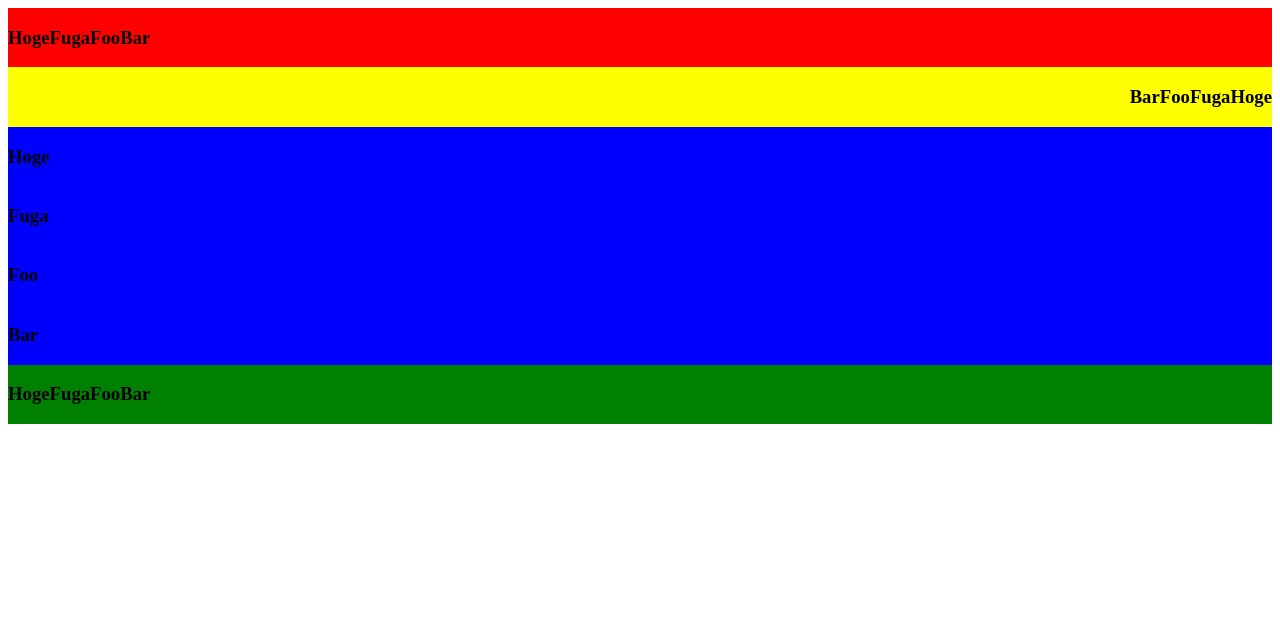
Repository: seikoseiko/samurai_HTML-CSS
Page: flexbox.html
The author's editor kept a record of every edit. The page is drawn from the files as they stood at one moment, then again after the next edit.
The browser window is 1280 px wide. The pictures show the whole page.

Above is the page before.

### flexbox.html
<html lang="ja">
    <head>
        <style>
            #sort {
                display: flex;
                flex-direction: row;
                background-color: red;
            }

            #reverse {
                display: flex;
                flex-direction: row-reverse;
                background-color: yellow;
            }

            #column {
                display: flex;
                flex-direction: column;
                background-color: blue;
            }

            #column-reverse {
                display: flex;
                flex-direction: column-reverese;
                background-color: green;
            }
        </style>
    </head>
    <body>
        <div id="sort">
            <h3>Hoge</h3>
            <h3>Fuga</h3>
            <h3>Foo</h3>
            <h3>Bar</h3>
        </div>

        <div id="reverse">
            <h3>Hoge</h3>
            <h3>Fuga</h3>
            <h3>Foo</h3>
            <h3>Bar</h3>
        </div>

        <div id="column">
            <h3>Hoge</h3>
            <h3>Fuga</h3>
            <h3>Foo</h3>
            <h3>Bar</h3>
        </div>


        <div id="column-reverse">
            <h3>Hoge</h3>
            <h3>Fuga</h3>
            <h3>Foo</h3>
            <h3>Bar</h3>
        </div>
    </body>
</html>

After the next edit:
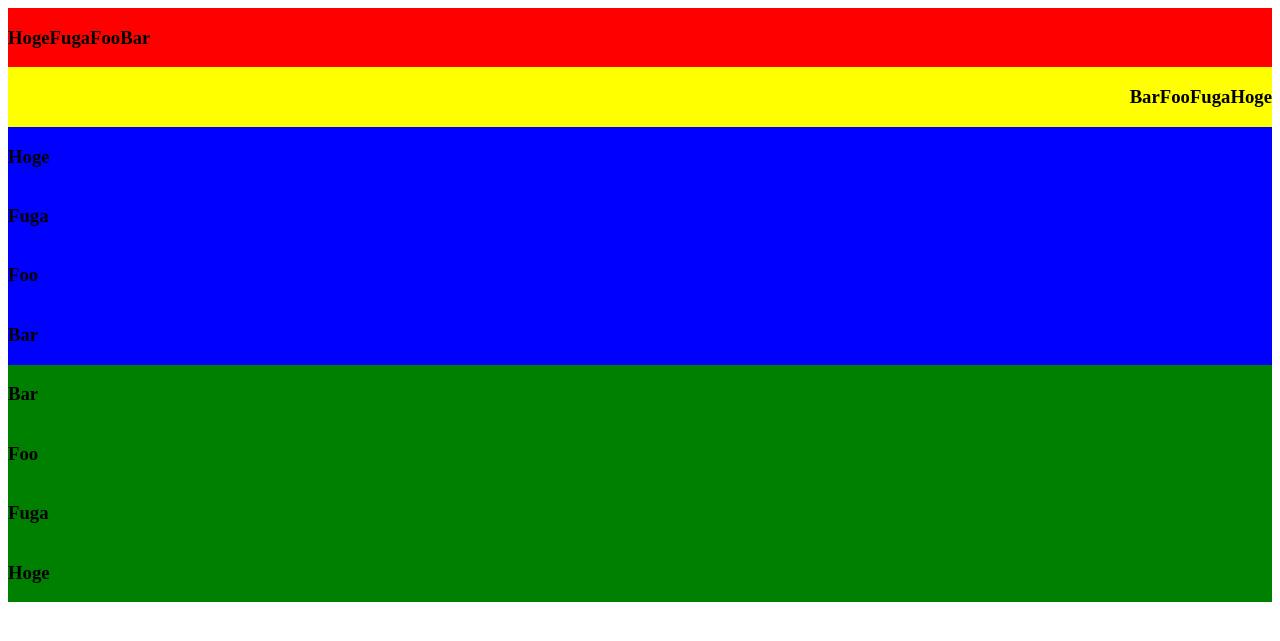
The edit:
--- a/flexbox.html
+++ b/flexbox.html
@@ -21,7 +21,8 @@
 
             #column-reverse {
                 display: flex;
-                flex-direction: column-reverese;
+           /*     flex-direction: column-reverese;*/
+                flex-direction: column-reverse;
                 background-color: green;
             }
         </style>
